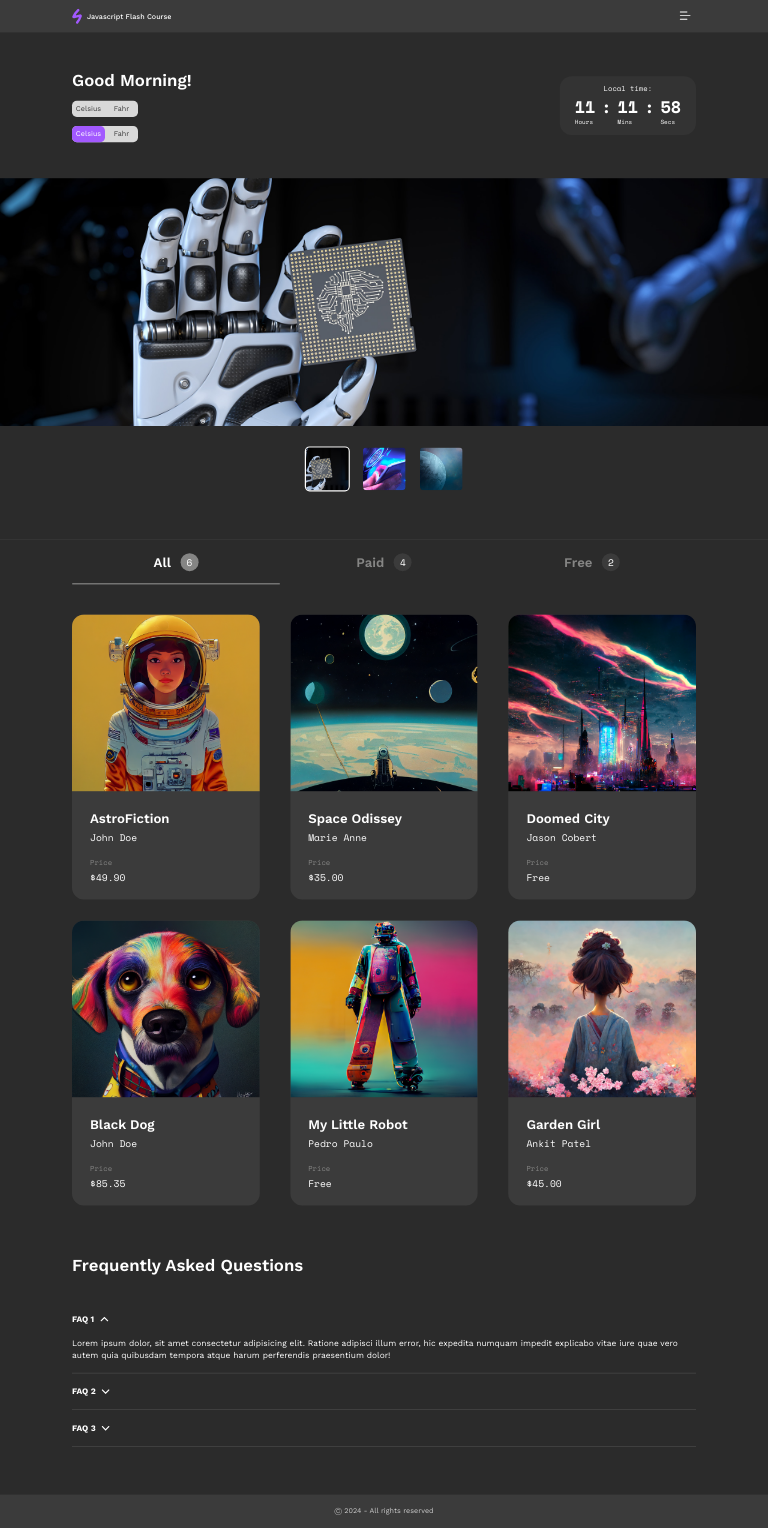
Repository: GettieSirma/JAVASCRIPT-TEST
Page: index.html
An editor plug-in stored every save of this project. The page is shown before and after the next save, followed by the edit.
The browser window is 1280 px wide. The pictures show the whole page, at 60% of full size.

Above is the page before, as saved 2024-04-26 10:57:08.

After the next save:
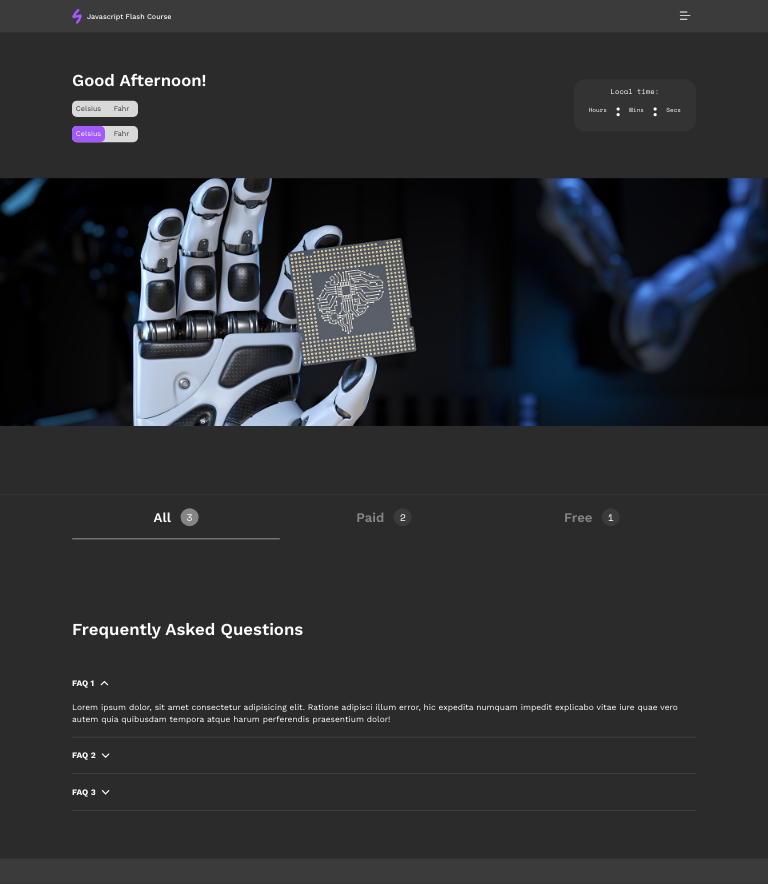
Console error: SyntaxError: Unexpected token '=>'
Saved 39 s later.
--- a/index.html
+++ b/index.html
@@ -305,45 +305,34 @@
             greetingHandler();
         });
 
-        // Weather Text
-
-        function weatherHandler() {
-            navigator.geolocation.getCurrentPosition(position => {
-                let latitude = position.coords.latitude;
-                let longitude = position.coords.longitude;
-                let url = weatherAPIURL
-                    .replace("{lat}", latitude)
-                    .replace("{lon}", longitude)
-                    .replace("{API key}", weatherAPIKey);
-                fetch(url)
-                    .then(response => response.json())
-                    .then(data => {
-                        const condition = data.weather[0].description;
-                        const location = data.name;
-                        const temperature = data.main.temp;
-
-                        let celsiusText = `The weather is ${condition} in ${location} and it's ${temperature.toFixed(1)}°C outside.`;
-                        let fahrText = `The weather is ${condition} in ${location} and it's ${celsiusToFahr(temperature).toFixed(1)}°F outside.`;
-
-                        document.querySelector("p#weather").innerHTML = celsiusText;
-
-                        // Temperature Switch
-
-                        document.querySelector(".weather-group").addEventListener("click", function(e) {
-
-                            if (e.target.id == "celsius") {
-                                document.querySelector("p#weather").innerHTML = celsiusText;
-                            } else if (e.target.id == "fahr") {
-                                document.querySelector("p#weather").innerHTML = fahrText;
-                            }
-
-                        });
-
-                    }).catch((err => {
-                        document.querySelector("p#weather").innerHTML = "Unable to get the weather info. Try again later.";
-                    }));
-
-            });
+        => response.json())
+        .then(data => {
+        const condition = data.weather[0].description;
+        const location = data.name;
+        const temperature = data.main.temp;
+
+        let celsiusText = `The weather is ${condition} in ${location} and it's ${temperature.toFixed(1)}°C outside.`;
+        let fahrText = `The weather is ${condition} in ${location} and it's ${celsiusToFahr(temperature).toFixed(1)}°F outside.`;
+
+        document.querySelector("p#weather").innerHTML = celsiusText;
+
+        // Temperature Switch
+
+        document.querySelector(".weather-group").addEventListener("click", function(e) {
+
+            if (e.target.id == "celsius") {
+                document.querySelector("p#weather").innerHTML = celsiusText;
+            } else if (e.target.id == "fahr") {
+                document.querySelector("p#weather").innerHTML = fahrText;
+            }
+
+        });
+
+        }).catch((err => {
+        document.querySelector("p#weather").innerHTML = "Unable to get the weather info. Try again later.";
+        }));
+
+        });
         }
 
         // Local Time Section
